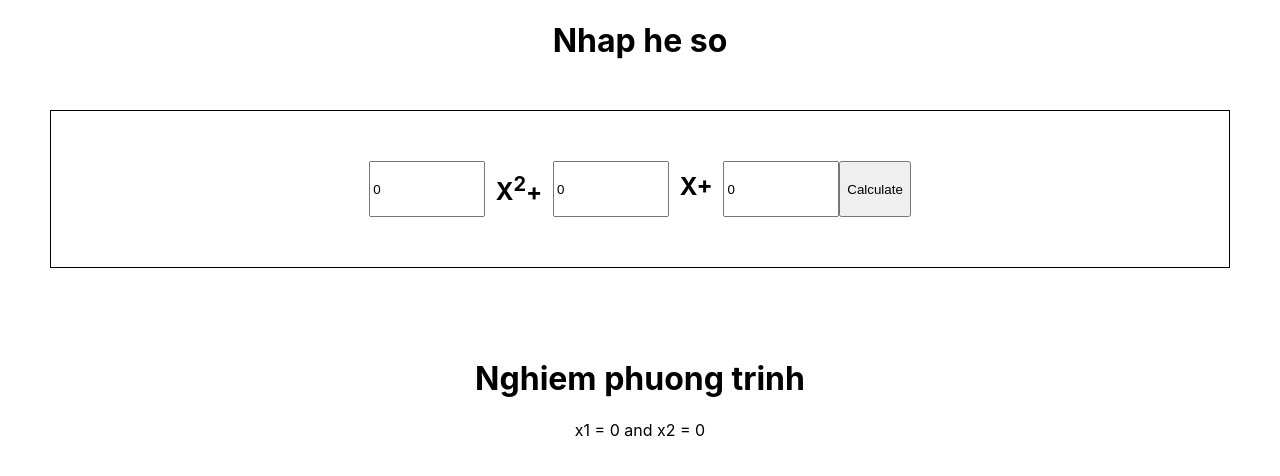
Repository: Trinvm1997/ReactExercise
Page: / (app in quadratic_equation/)
The author's editor kept a copy of each file at every save. The page is drawn from the files as they stood at one save, then again after the next save.
The browser window is 1280 px wide. The pictures show the whole page.
The project was rebuilt for these pictures with package versions that can differ from the ones it lists, and the page was loaded fresh each time.

Above is the page before, as saved 2020-12-24 10:23:37.

After the next save:
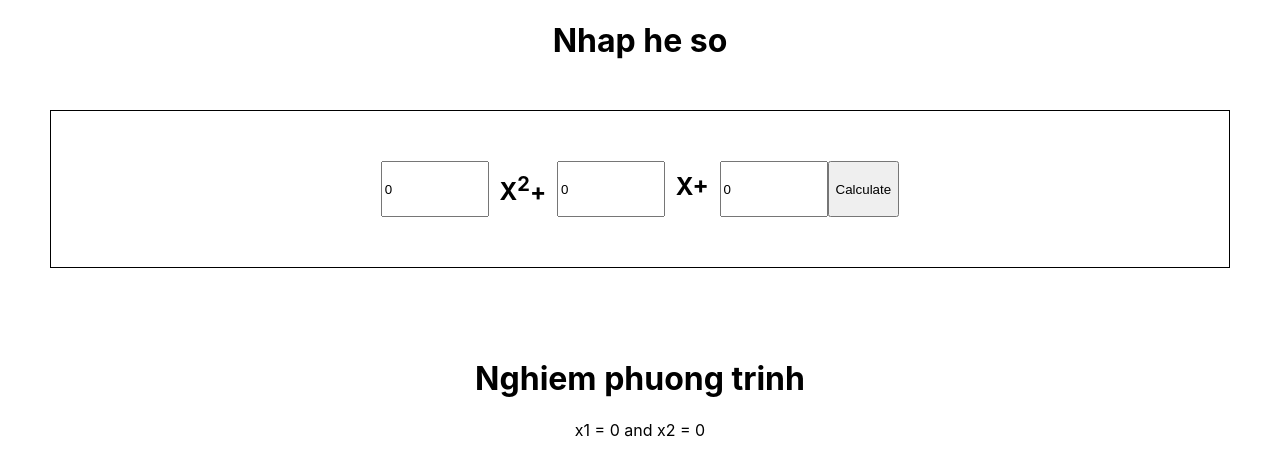
Saved 29 s later.
--- a/quadratic_equation/src/App.css
+++ b/quadratic_equation/src/App.css
@@ -41,7 +41,7 @@ h2 {
 }
 
 input {
-  width: 10%;
+  width: 100px;
 }
 
 @keyframes App-logo-spin {
